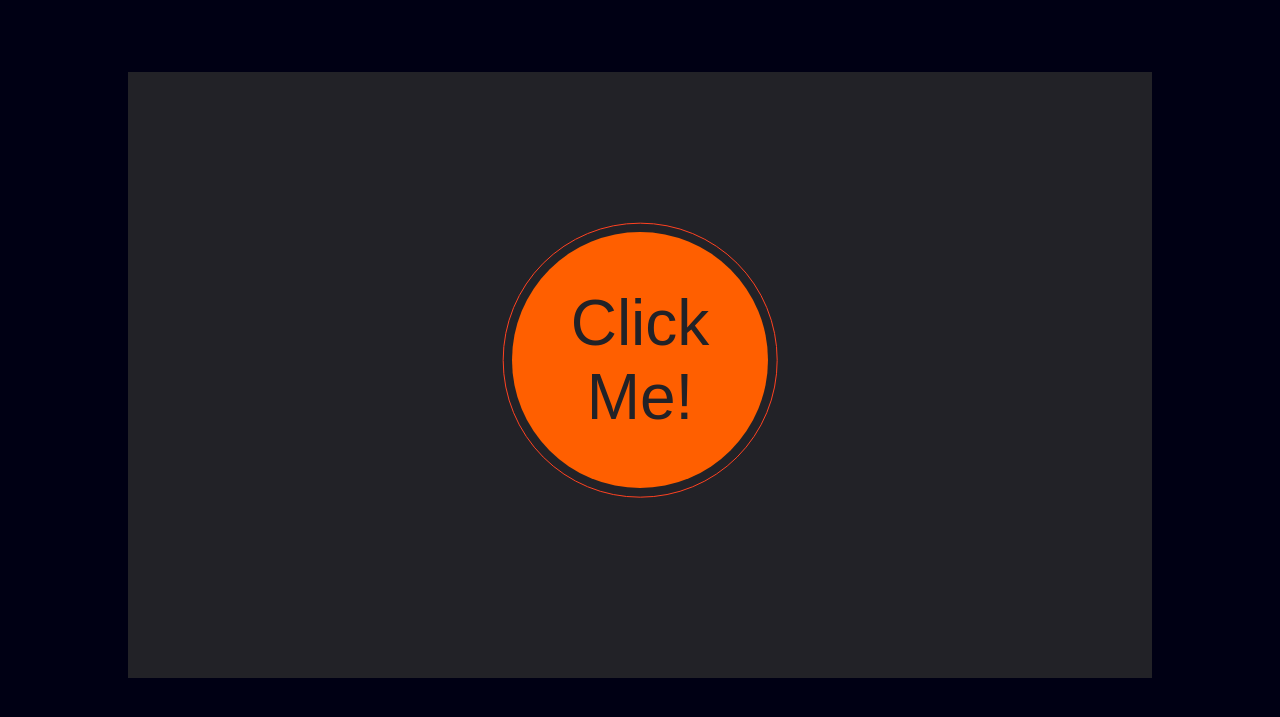
Repository: Francois-QUICODE/CSS-Micro-Projects
Page: Projects/02-Pulsating-Button.html
The author's editor kept a copy of each file at every save. The page is drawn from the files as they stood at one save, then again after the next save.
The browser window is 1280 px wide. The pictures show the whole page.
Some web fonts or font styles are not loaded; a fallback is used.

Above is the page before, as saved 2020-11-29 14:30:09.

### Projects/02-Pulsating-Button.html
<!DOCTYPE html>
<html lang="fr">
  <head>
    <meta charset="UTF-8" />
    <title>Pulsating Button</title>
  </head>
  <body>
    <div class="container">
      <button class="pulsating-button">Click Me!</button>
      <div class="pulsation"></div>
    </div>
    <style>
      @import url("https://fonts.googleapis.com/css2?family=Alatsi&display=swap");

      body {
        background-color: #000014;
        width: 80vw;
        max-width: 1024px;
        margin: auto;
        color: #e5e1e1;
        padding-top: 10vh;
        font-family: "Alatsi", sans-serif;
      }

      .container {
        background-color: #222227;
        padding: 15px;
        display: flex;
        height: 80vh;
      }

      .pulsating-button,
      .pulsation {
        position: absolute;
        top: 50%;
        left: 50%;
        transform: translate(-50%, -50%);
        border-radius: 50%;
        font-size: 5vw;
        width: 20vw;
        height: 20vw;
        border: none;
        background-color: #ff5f00;
        color: #222227;
      }

      .pulsating-button {
        z-index: 2;
      }

      .pulsation {
        background-color: #222227;
        border: 1px solid #ff5f00;
        z-index: 1;
        animation: pulsating 800ms ease infinite;
      }

      .pulsation:hover {
        animation: none;
      }

      @keyframes pulsating {
        66% {
          width: 22vw;
          height: 22vw;
          border-color: #ff3333;
        }

        100% {
          width: 25vw;
          height: 25vw;
          border-color: inherit;
        }
      }
    </style>
  </body>
</html>

After the next save:
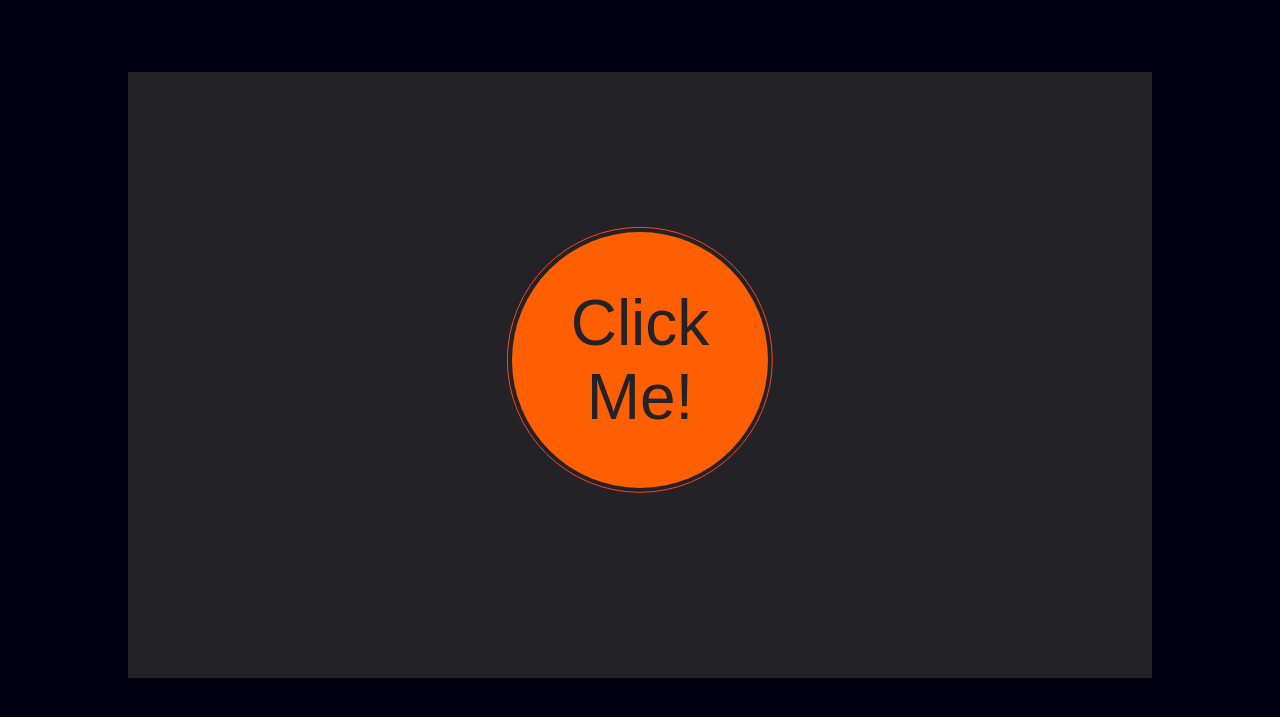
Saved 33 s later.
--- a/Projects/02-Pulsating-Button.html
+++ b/Projects/02-Pulsating-Button.html
@@ -61,8 +61,8 @@
 
       @keyframes pulsating {
         66% {
-          width: 22vw;
-          height: 22vw;
+          width: 21vw;
+          height: 21vw;
           border-color: #ff3333;
         }
 
